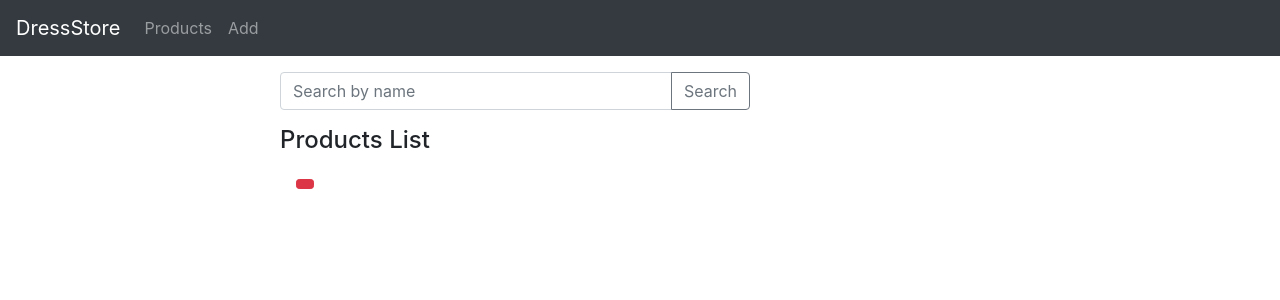
Repository: Anzal-F/midterm2
Page: / (app in client/)
An editor plug-in stored every save of this project. The page is shown before and after the next save, followed by the edit.
The browser window is 1280 px wide. The pictures show the whole page.
The page's requests for data from a server got no answer. The project was rebuilt for these pictures with package versions that can differ from the ones it lists, and the page was loaded fresh each time. No one was signed in, and anything a server would have sent is missing. Also part of the build but not shown: client/angular.json, client/src/app/components/add-product/add-product.component.ts, client/src/app/services/category.service.ts.

Above is the page before, as saved 2023-06-27 07:54:08.

### client/src/app/app.module.ts
import { NgModule } from '@angular/core';
import { BrowserModule } from '@angular/platform-browser';
import { FormsModule } from '@angular/forms';
import { HttpClientModule } from '@angular/common/http';


import { AppRoutingModule } from './app-routing.module';
import { AppComponent } from './app.component';
import { AddProductComponent } from './components/add-product/add-product.component';
import { ProductDetailsComponent } from './components/product-details/product-details.component';
import { ProductsListComponent } from './components/products-list/products-list.component';

@NgModule({
  declarations: [
    AppComponent,
    AddProductComponent,
    ProductDetailsComponent,
    ProductsListComponent
  ],
  imports: [
    BrowserModule,
    AppRoutingModule,
    FormsModule,
    HttpClientModule

  ],
  providers: [],
  bootstrap: [AppComponent]
})
export class AppModule { }

### client/src/app/app-routing.module.ts
import { NgModule } from '@angular/core';
import { RouterModule, Routes } from '@angular/router';
import { ProductsListComponent } from './components/products-list/products-list.component';
import { ProductDetailsComponent } from './components/product-details/product-details.component';
import { AddProductComponent } from './components/add-product/add-product.component';

const routes: Routes = [{ path: '', redirectTo: 'products', pathMatch: 'full' },
{ path: 'products', component: ProductsListComponent },
{ path: 'products/:id', component: ProductDetailsComponent },
{ path: 'add', component: AddProductComponent }];


@NgModule({
  imports: [RouterModule.forRoot(routes)],
  exports: [RouterModule]
})
export class AppRoutingModule { }

### client/src/app/components/product-details/product-details.component.ts
import { Component, Input, OnInit } from '@angular/core';
import { ActivatedRoute, Router } from '@angular/router';
import { Product } from 'src/app/models/product.model';
import { ProductService } from 'src/app/services/product.service';

@Component({
  selector: 'app-product-details',
  templateUrl: './product-details.component.html',
  styleUrls: ['./product-details.component.css']
})
export class ProductDetailsComponent implements OnInit {
  @Input() viewMode = false;

  @Input() currentProduct: Product = {
    name: '',
    description: '',
    published: false,
    category: ''
  };

  message = '';

  constructor(
    private productService: ProductService,
    private route: ActivatedRoute,
    private router: Router) { }

  ngOnInit(): void {
    if (!this.viewMode) {
      this.message = '';
      this.getProduct(this.route.snapshot.params["id"]);
    }
  }


  getProduct(id: string): void {
    this.productService.get(id)
      .subscribe({
        next: (data) => {
          this.currentProduct = data;
          console.log(data);
        },
        error: (e) => console.error(e)
      });
  }

  editProduct(): void {
    this.message = '';

    this.productService.edit(this.currentProduct.id, this.currentProduct)
      .subscribe({
        next: (res) => {
          console.log(res);
          this.message = res.message ? res.message : 'This product was edited successfully!';
        },
        error: (e) => console.error(e)
      });
  }

  updatePublished(status: boolean): void {
    const data = {
      name: this.currentProduct.name,
      description: this.currentProduct.description,
      category: this.currentProduct.category,
      published: status
    };

    this.message = '';

    this.productService.update(this.currentProduct.id, data)
      .subscribe({
        next: (res) => {
          console.log(res);
          this.currentProduct.published = status;
          this.message = res.message ? res.message : 'The status was updated successfully!';
        },
        error: (e) => console.error(e)
      });
  }

  updateProduct(): void {
    this.message = '';

    this.productService.update(this.currentProduct.id, this.currentProduct)
      .subscribe({
        next: (res) => {
          console.log(res);
          this.message = res.message ? res.message : 'This product was updated successfully!';
        },
        error: (e) => console.error(e)
      });
  }

  deleteProduct(): void {
    this.productService.delete(this.currentProduct.id)
      .subscribe({
        next: (res) => {
          console.log(res);
          this.router.navigate(['/products']);
        },
        error: (e) => console.error(e)
      });
  }

}

### client/src/app/components/products-list/products-list.component.ts
import { Component, OnInit } from '@angular/core';
import { Product } from 'src/app/models/product.model';
import { ProductService } from 'src/app/services/product.service';



@Component({
  selector: 'app-products-list',
  templateUrl: './products-list.component.html',
  styleUrls: ['./products-list.component.css']
})
export class ProductsListComponent implements OnInit {

  products?: Product[];
  currentProduct: Product = {};
  currentIndex = -1;
  name = '';

  constructor(private productService: ProductService) { }

  ngOnInit(): void {
    this.retrieveProducts();
  }

  retrieveProducts(): void {
    this.productService.getAll()
      .subscribe({
        next: (data) => {
          this.products = data;
          console.log(data);
        },
        error: (e) => console.error(e)
      });
  }

  refreshList(): void {
    this.retrieveProducts();
    this.currentProduct = {};
    this.currentIndex = -1;
  }

  setActiveProduct(product: Product, index: number): void {
    this.currentProduct = product;
    this.currentIndex = index;
  }

  removeAllProducts(): void {
    this.productService.deleteAll()
      .subscribe({
        next: (res) => {
          console.log(res);
          this.refreshList();
        },
        error: (e) => console.error(e)
      });
  }

  searchName(): void {
    this.currentProduct = {};
    this.currentIndex = -1;

    this.productService.findByName(this.name)
      .subscribe({
        next: (data: Product[] | undefined) => {
          this.products = data;
          console.log(data);
        },
        error: (e: any) => console.error(e)
      });
  }
}

### client/src/app/app.component.html
<div>
  <nav class="navbar navbar-expand navbar-dark bg-dark">
    <a href="#" class="navbar-brand">DressStore</a>
    <div class="navbar-nav mr-auto">
      <li class="nav-item">
        <a routerLink="products" class="nav-link">Products</a>
      </li>
      <li class="nav-item">
        <a routerLink="add" class="nav-link">Add</a>
      </li>
    </div>
  </nav>

  <div class="container mt-3">
    <router-outlet></router-outlet>
  </div>
</div>

### client/src/app/services/product.service.ts
import { Injectable } from '@angular/core';
import { HttpClient } from '@angular/common/http';
import { Observable } from 'rxjs';
import { Product } from '../models/product.model';

const baseUrl = 'http://localhost:8080/api/products';

@Injectable({
  providedIn: 'root'
})
export class ProductService {
  constructor(private http: HttpClient) { }

  getAll(): Observable<Product[]> {
    return this.http.get<Product[]>(baseUrl);
  }

  get(id: any): Observable<Product> {
    return this.http.get(`${baseUrl}/${id}`);
  }

  create(data: any): Observable<any> {
    return this.http.post(baseUrl, data);
  }

  update(id: any, data: any): Observable<any> {
    return this.http.put(`${baseUrl}/${id}`, data);
  }

  delete(id: any): Observable<any> {
    return this.http.delete(`${baseUrl}/${id}`);
  }

  deleteAll(): Observable<any> {
    return this.http.delete(baseUrl);
  }

  findByName(name: any): Observable<Product[]> {
    return this.http.get<Product[]>(`${baseUrl}?name=${name}`);
  }
}

### client/src/app/components/product-details/product-details.component.html
<div *ngIf="viewMode; else editable">
  <div *ngIf="currentProduct.id">
    <h4>Product</h4>
    <div>
      <label><strong>name:</strong></label> {{ currentProduct.name }}
    </div>
    <div>
      <label><strong>Description:</strong></label>
      {{ currentProduct.description }}
    </div>
    <div>
      <label><strong>Status:</strong></label>
      {{ currentProduct.published ? "Published" : "Pending" }}
    </div>

    <a
      class="badge badge-warning"
      routerLink="/products/{{ currentProduct.id }}"
    >
      Edit
    </a>
  </div>

  <div *ngIf="!currentProduct">
    <br />
    <p>Please click on a Product...</p>
  </div>
</div>

<ng-template #editable>
  <div *ngIf="currentProduct.id" class="edit-form">
    <h4>Product</h4>
    <form>
      <div class="form-group">
        <label for="title">Name</label>
        <input
          type="text"
          class="form-control"
          id="name"
          [(ngModel)]="currentProduct.name"
          name="name"
        />
      </div>
      <div class="form-group">
        <label for="description">Description</label>
        <input
          type="text"
          class="form-control"
          id="description"
          [(ngModel)]="currentProduct.description"
          name="description"
        />
      </div>

      <div class="form-group">
        <label><strong>Status:</strong></label>
        {{ currentProduct.published ? "Published" : "Pending" }}
      </div>
    </form>

    <button
      class="badge badge-primary mr-2"
      *ngIf="currentProduct.published"
      (click)="updatePublished(false)"
    >
      UnPublish
    </button>
    <button
      *ngIf="!currentProduct.published"
      class="badge badge-primary mr-2"
      (click)="updatePublished(true)"
    >
      Publish
    </button>

    <button class="badge badge-danger mr-2" (click)="deleteProduct()">
      Delete
    </button>

    <button
      type="submit"
      class="badge badge-success mb-2"
      (click)="updateProduct()"
    >
      Update
    </button>
    <p>{{ message }}</p>
  </div>

  <div *ngIf="!currentProduct.id">
    <br />
    <p>Cannot access this Product...</p>
  </div>
</ng-template>

### client/src/app/models/product.model.ts
export class Product {

  id?: any;
  name?: string;
  description?: string;
  price?: Number;
  published?: boolean;
  category?: string

}

### client/src/app/components/products-list/products-list.component.html
<div class="list row">
  <div class="col-md-8">
    <div class="input-group mb-3">
      <input
        type="text"
        class="form-control"
        placeholder="Search by name"
        [(ngModel)]="name"
      />
      <div class="input-group-append">
        <button
          class="btn btn-outline-secondary"
          type="button"
          (click)="searchName()"
        >
          Search
        </button>
      </div>
    </div>
  </div>
  <div class="col-md-6">
    <h4>Products List</h4>
    <ul class="list-group">
      <li
        class="list-group-item"
        *ngFor="let product of products; let i = index"
        [class.active]="i == currentIndex"
        (click)="setActiveProduct(product, i)"
      >
        {{ product.name }}
      </li>
    </ul>

    <button class="m-3 btn btn-sm btn-danger" (click)="removeAllProducts()">

    </button>
  </div>
  <div class="col-md-6">
    <app-product-details
      [viewMode]="true"
      [currentProduct]="currentProduct"
    ></app-product-details>
  </div>
</div>

Loaded but not shown: client/src/index.html (common file); client/src/styles.css (common file); client/src/main.ts (common file); client/src/app/app.component.ts (common file); client/src/app/components/product-details/product-details.component.css (common file); client/src/app/components/products-list/products-list.component.css (common file); client/src/app/app.component.css (no stored copy; drawn as an empty file)

After the next save:
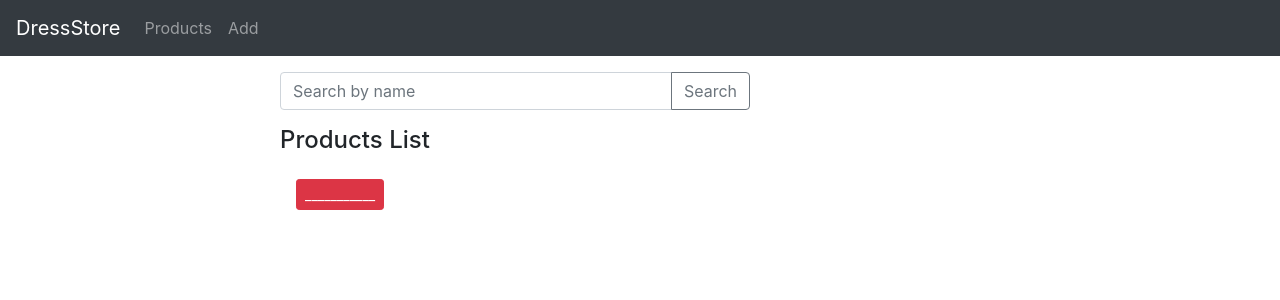
Saved 6 s later.
--- a/client/src/app/components/products-list/products-list.component.html
+++ b/client/src/app/components/products-list/products-list.component.html
@@ -32,7 +32,7 @@
     </ul>
 
     <button class="m-3 btn btn-sm btn-danger" (click)="removeAllProducts()">
-
+      ___________
     </button>
   </div>
   <div class="col-md-6">

After the save that followed:
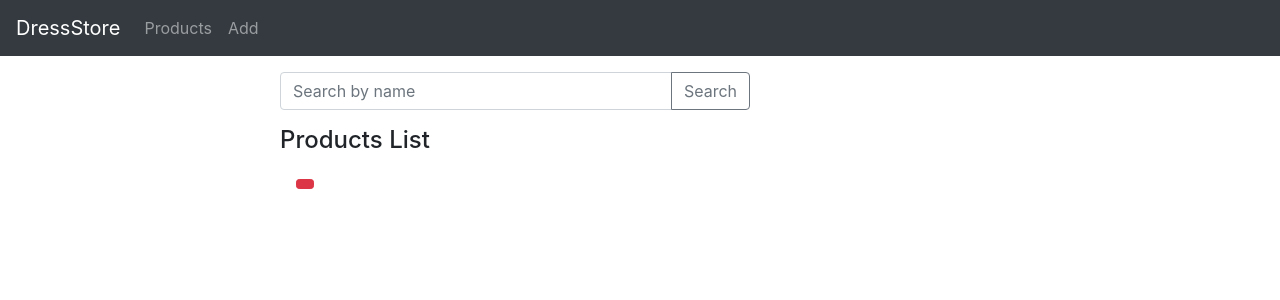
Saved 5 s later.
--- a/client/src/app/components/products-list/products-list.component.html
+++ b/client/src/app/components/products-list/products-list.component.html
@@ -32,7 +32,7 @@
     </ul>
 
     <button class="m-3 btn btn-sm btn-danger" (click)="removeAllProducts()">
-      ___________
+
     </button>
   </div>
   <div class="col-md-6">
